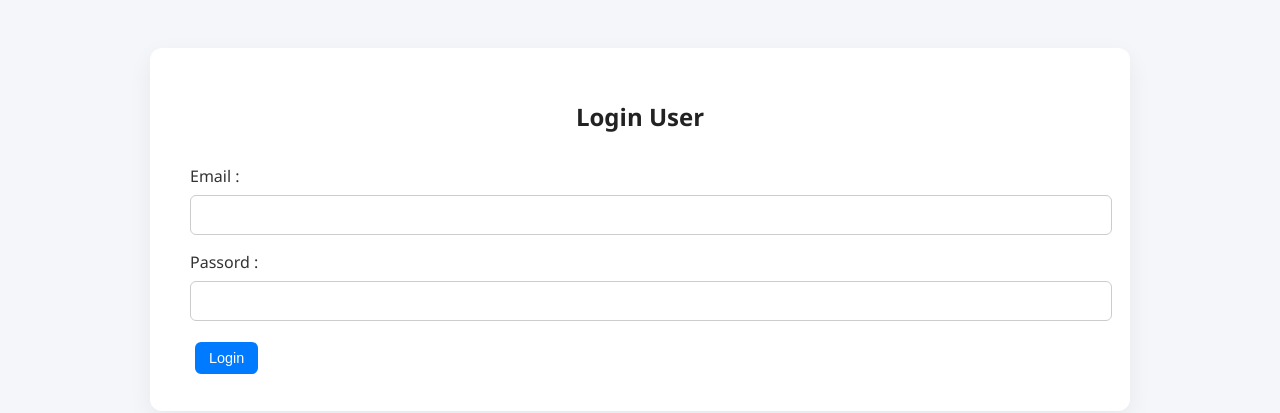
Repository: bharathabhi46/SkillSync-FrontEnd
Page: /LoginUser
These files come from the project's save history. The page is drawn as it stood at one moment and after the next save; the edit follows.
The browser window is 1280 px wide. The pictures show the whole page.
The project was rebuilt for these pictures with package versions that can differ from the ones it lists, and the page was loaded fresh each time. Also part of the build but not shown: vite.config.js, src/Components/CreateUser/CreateUser.jsx, src/Components/UserList/UserList.jsx, src/Components/EditUser/EditUser.jsx, src/Components/RegisterUser/RegisterUser.jsx, src/Components/PrivateAuth/PrivateAuth.jsx, src/Components/NavBar/NavBar.jsx.

Above is the page before, as saved 2025-06-27 16:58:38.

After the next save:
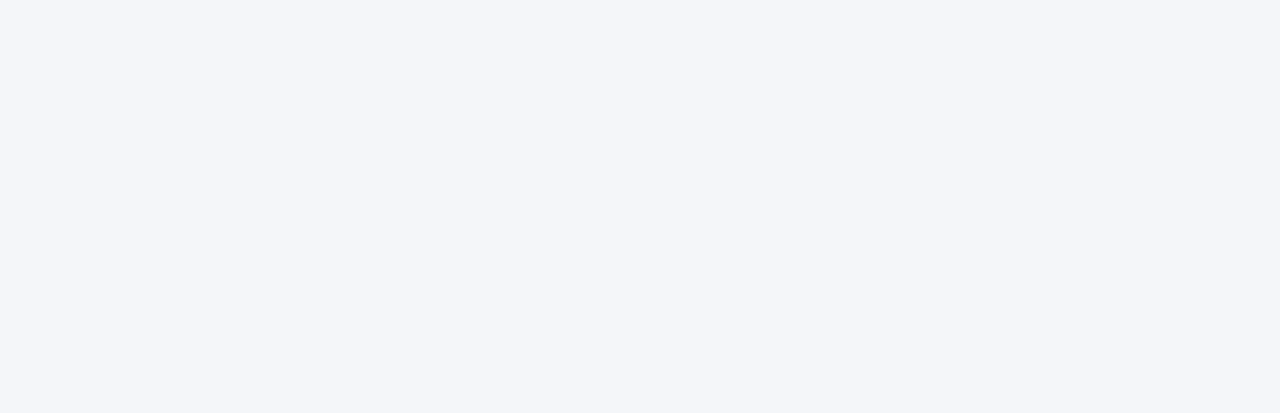
Console error: ReferenceError: LoginUser is not defined
Saved 81 s later.
--- a/src/App.jsx
+++ b/src/App.jsx
@@ -12,8 +12,8 @@
 const App = () => {
   return (
     <>
+      <NavBar />
       <Routes>
-        <Route path="/" element={<NavBar />} />
         <Route
           path="/UserList"
           element={

After the 2 saves that followed:
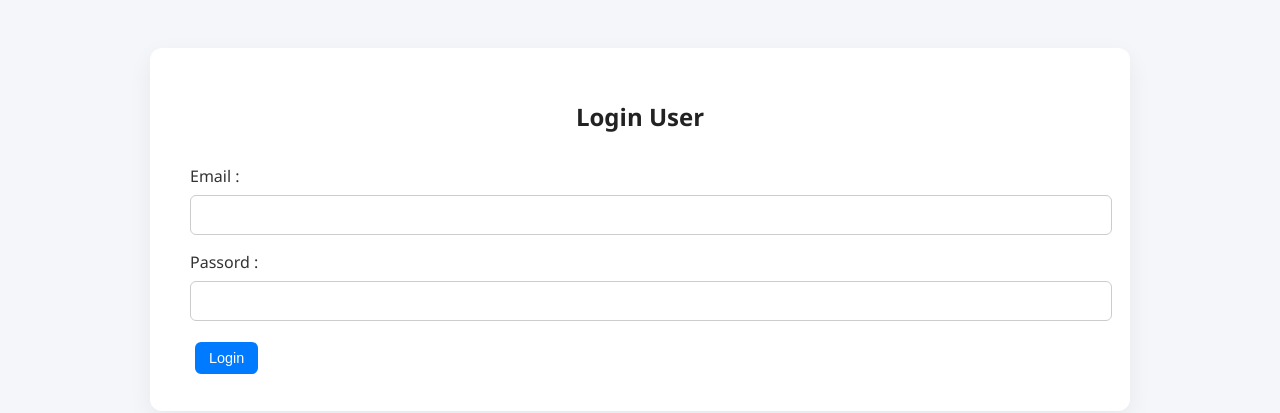
The error is gone.
The 2 saves are shown as one change because 1 left the picture as it was.
The last was saved 2 min 28 s later.
--- a/src/App.jsx
+++ b/src/App.jsx
@@ -12,8 +12,8 @@
 const App = () => {
   return (
     <>
-      <NavBar />
       <Routes>
+        <Route path="/" element={<NavBar />} />
         <Route
           path="/UserList"
           element={
